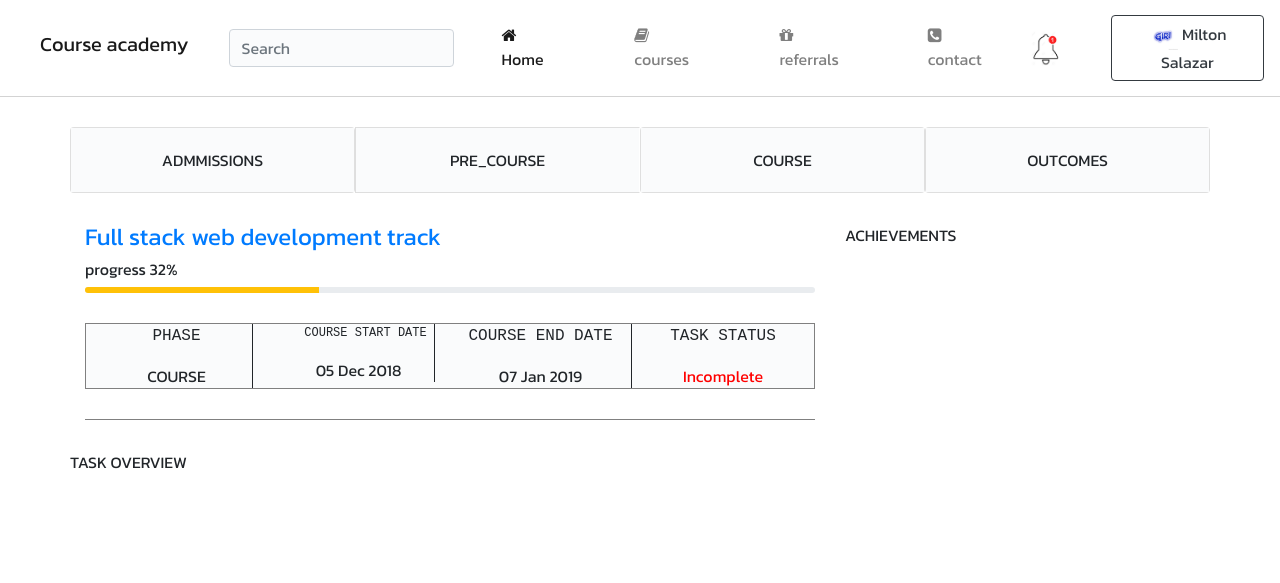
Repository: giribabu1997/html-layout
Page: task.html
These files come from the project's save history. The page is drawn as it stood at one moment and after a run of saves; the edit follows.
The browser window is 1280 px wide. The pictures show the whole page.
Some web fonts or font styles are not loaded; a fallback is used.

Above is the page before, as saved 2019-06-25 21:21:16.

After the next 3 saves:
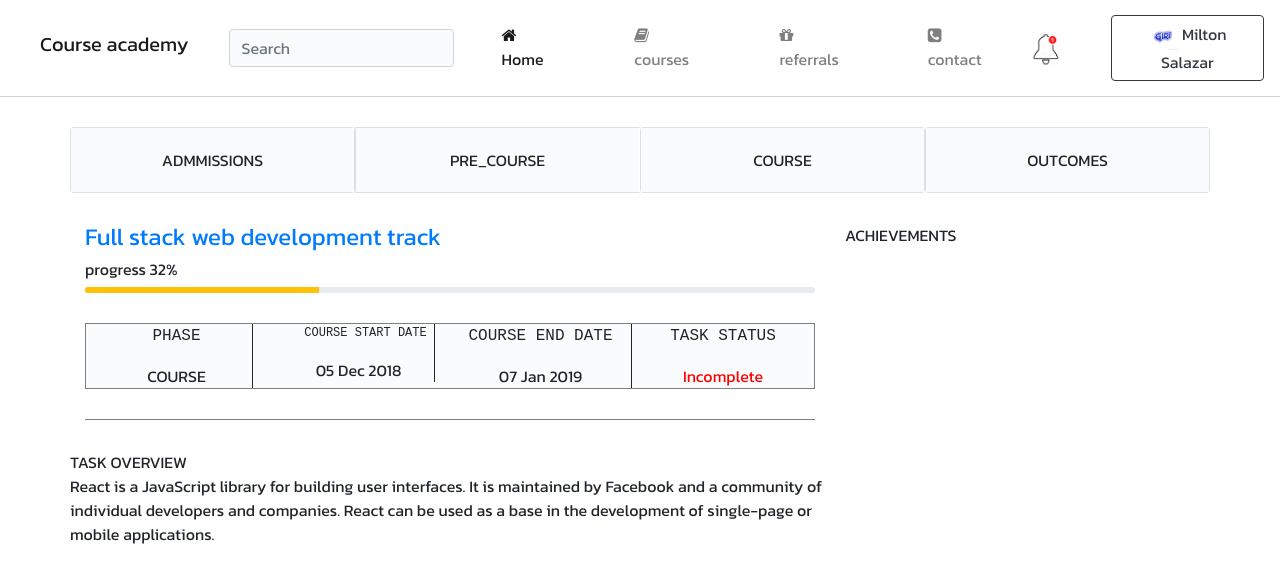
The 3 saves are shown as one change because they came seconds apart.
The last was saved 26 s later.
--- a/task.html
+++ b/task.html
@@ -145,7 +145,9 @@
 
                 <div class="row" style="padding-top: 30px">
                     <h>TASK OVERVIEW</h>
-                   <p></p>
+                    <p>React is a JavaScript library for building user interfaces. It is maintained by Facebook and a
+                        community of individual developers and companies. React can be used as a base in the development
+                        of single-page or mobile applications.</p>
                 </div>
             </div>
             <div class="col-4">
